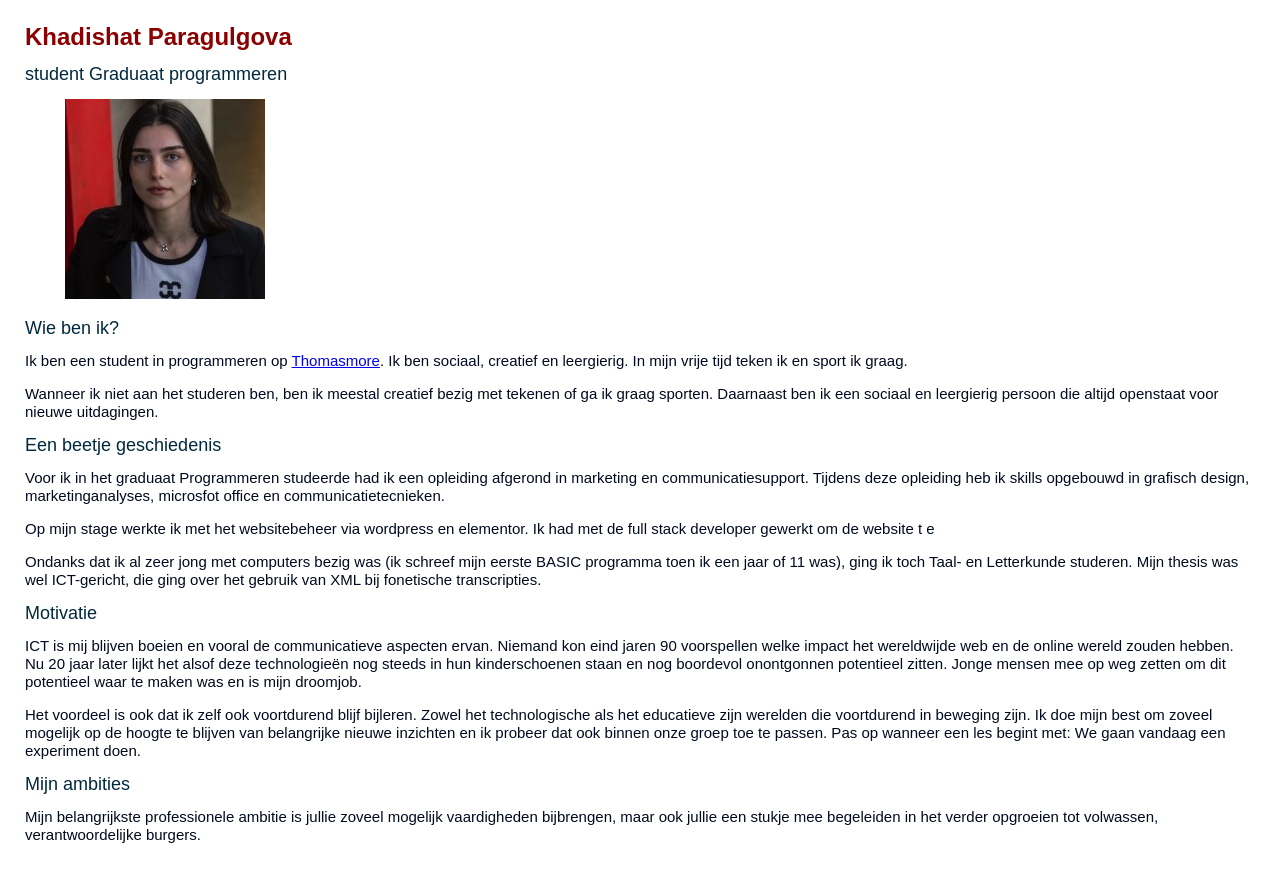
Repository: khadishat00/portfolio
Page: index.html
The author's editor kept a copy of each file at every save. The page is drawn from the files as they stood at one save, then again after the next save.
The browser window is 1280 px wide. The pictures show the whole page.

Above is the page before, as saved 2026-09-24 15:04:44.

### index.html
<!doctype html>
<html lang="en">
  <head>
    <meta charset="UTF-8" />
    <meta name="viewport" content="width=device-width, initial-scale=1.0" />
    <title>portfolio</title>
  </head>
  <style>
    html {
      font-family: Arial, sans-serif;
    }
    body {
      background-color: light;
      margin: 25px;
    }
    h1 {
      font-family: "Century Gothic", sans-serif;
      color: darkred;
      font-weight: bold;
      font-size: 24px;
      line-height: 24px;
    }
    h2 {
      font-family: "Century Gothic", sans-serif;
      color: #00283c;
      font-weight: normal;
      font-size: 18px;
      line-height: 18px;
    }
    p {
      font-family: Arial, sans-serif;
      color: #000a1e;
      font-size: 15px;
      line-height: 18px;
      font-weight: normal;
      padding:;
    }

    figure {
      display: block;
      margin-block-start: 1em;
      margin-block-end: 1em;
      margin-inline-start: 40px;
      margin-inline-end: 40px;
      unicode-bidi: isolate;
    }

    img {
      max-width: 100%;
      border-color: blue;

    }
  </style>

  <body>
    <header>
         <h1>Khadishat Paragulgova</h1>
      <h2>student Graduaat programmeren</h2>
      <figure>
        <img src="profielfoto.jpg" alt="Mijn profielfoto" />
      </figure>
    </header>
    <main>
     <h2>Wie ben ik?</h2>
      <p>
        Ik ben een student in programmeren op
        <a href="https://thomasmore.be/nl">Thomasmore</a>. Ik ben sociaal,
        creatief en leergierig. In mijn vrije tijd teken ik en sport ik graag.
      </p>
      <p>
        Wanneer ik niet aan het studeren ben, ben ik meestal creatief bezig met
        tekenen of ga ik graag sporten. Daarnaast ben ik een sociaal en
        leergierig persoon die altijd openstaat voor nieuwe uitdagingen.
      </p>

      <h2>Een beetje geschiedenis</h2>
      <p>
        Voor ik in het graduaat Programmeren studeerde had ik een opleiding
        afgerond in marketing en communicatiesupport. Tijdens deze opleiding heb
        ik skills opgebouwd in grafisch design, marketinganalyses, microsfot
        office en communicatietecnieken.
      </p>
      <p>
        Op mijn stage werkte ik met het websitebeheer via wordpress en
        elementor. Ik had met de full stack developer gewerkt om de website t e
      </p>
      <p>
        Ondanks dat ik al zeer jong met computers bezig was (ik schreef mijn
        eerste BASIC programma toen ik een jaar of 11 was), ging ik toch Taal-
        en Letterkunde studeren. Mijn thesis was wel ICT-gericht, die ging over
        het gebruik van XML bij fonetische transcripties.
      </p>

      <h2>Motivatie</h2>
      <p>
        ICT is mij blijven boeien en vooral de communicatieve aspecten ervan.
        Niemand kon eind jaren 90 voorspellen welke impact het wereldwijde web
        en de online wereld zouden hebben. Nu 20 jaar later lijkt het alsof deze
        technologieën nog steeds in hun kinderschoenen staan en nog boordevol
        onontgonnen potentieel zitten. Jonge mensen mee op weg zetten om dit
        potentieel waar te maken was en is mijn droomjob.
      </p>
      <p>
        Het voordeel is ook dat ik zelf ook voortdurend blijf bijleren. Zowel
        het technologische als het educatieve zijn werelden die voortdurend in
        beweging zijn. Ik doe mijn best om zoveel mogelijk op de hoogte te
        blijven van belangrijke nieuwe inzichten en ik probeer dat ook binnen
        onze groep toe te passen. Pas op wanneer een les begint met: We gaan
        vandaag een experiment doen.
      </p>

      <h2>Mijn ambities</h2>
      <p>
        Mijn belangrijkste professionele ambitie is jullie zoveel mogelijk
        vaardigheden bijbrengen, maar ook jullie een stukje mee begeleiden in
        het verder opgroeien tot volwassen, verantwoordelijke burgers.
      </p>
    </main>
  </body>
</html>

After the next save:
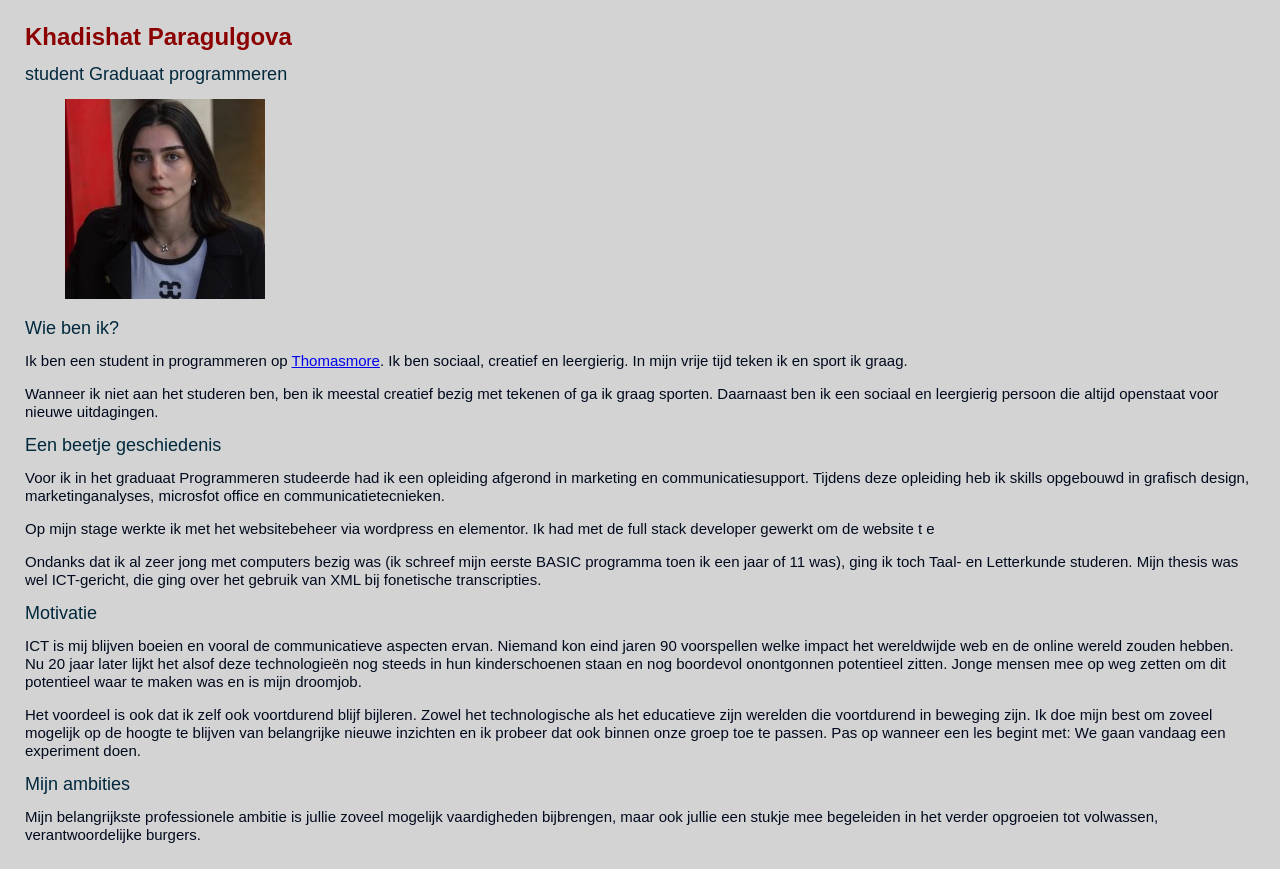
Saved 11 s later.
--- a/index.html
+++ b/index.html
@@ -10,7 +10,7 @@
       font-family: Arial, sans-serif;
     }
     body {
-      background-color: light;
+      background-color: lightgrey;
       margin: 25px;
     }
     h1 {
